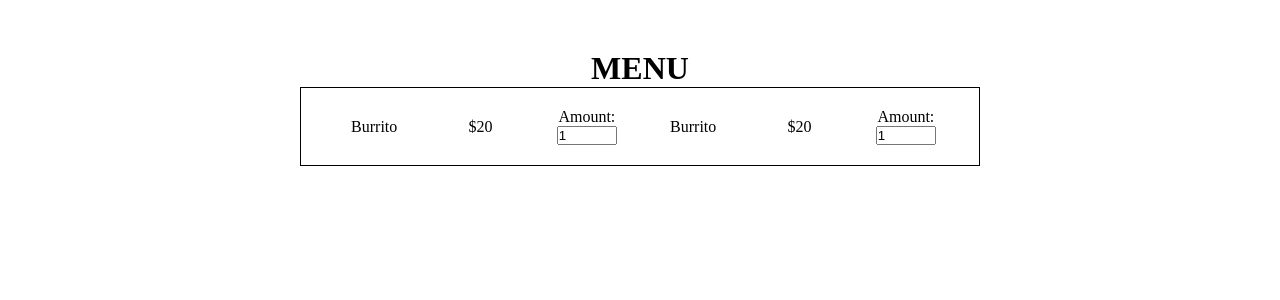
Repository: LamQuocPhu/JungTalent
Page: http://localhost/
The author's editor kept a copy of each file at every save. The page is drawn from the files as they stood at one save, then again after a run of saves.
The browser window is 1280 px wide. The pictures show the whole page.
The page is served by the project's Node server (index.js).

Above is the page before, as saved 2023-10-25 23:03:08.

### views/cart.ejs
<!DOCTYPE html>
<html lang="en">
  <head>
    <meta charset="UTF-8" />
    <meta name="viewport" content="width=device-width, initial-scale=1.0" />
    <title>Document</title>
    <link rel="stylesheet" href="/css/style.css" />
  </head>
  <body>
    <div class="wrapper">
      <h1>MENU</h1>
      <div class="cart-item">
        <div class="item-name">
          <span>Burrito</span>
        </div>
        <div class="item-price">
          <span>$20</span>
        </div>
        <div class="item-amount">
          <span>Amount:</span>
          <input type="number" value="1" min="1" max="100" />
        </div>

        <div class="item-name">
            <span>Burrito</span>
          </div>
          <div class="item-price">
            <span>$20</span>
          </div>
          <div class="item-amount">
            <span>Amount:</span>
            <input type="number" value="1" min="1" max="100" />
          </div>
      </div>
    </div>
  </body>
</html>

### index.js
var express = require('express');
var app = express();
const PORT = process.env.PORT || 3003;
const bodyParser = require("body-parser");
const path = require("path");


app.set("view engine", "ejs");
app.set("views", "./views");
app.use(bodyParser.urlencoded({ extended: true }));
app.use(express.static(path.join(__dirname, 'public')));


app.listen(PORT, () => {
    console.log(`Server start on port ${PORT}`);
})

app.get('/', (req, res) => {
    res.render('cart');
});

### public/css/style.css
* {
  margin: 0;
  padding: 0;
  box-sizing: border-box;
}

.wrapper {
  margin-block: 50px;
  width: 100%;
  height: auto;
  text-align: center;
  padding-inline: 300px;
}

.cart-item {
  border: 1px solid #000;
  display: flex;
  justify-content: center;
  align-items: center;
  width: 100%;
  padding: 20px;
}
.item-name {
  width: 33.33%;
}
.item-price {
  width: 33.33%;
}
.item-amount {
  width: 33.33%;
}

After the next 2 saves:
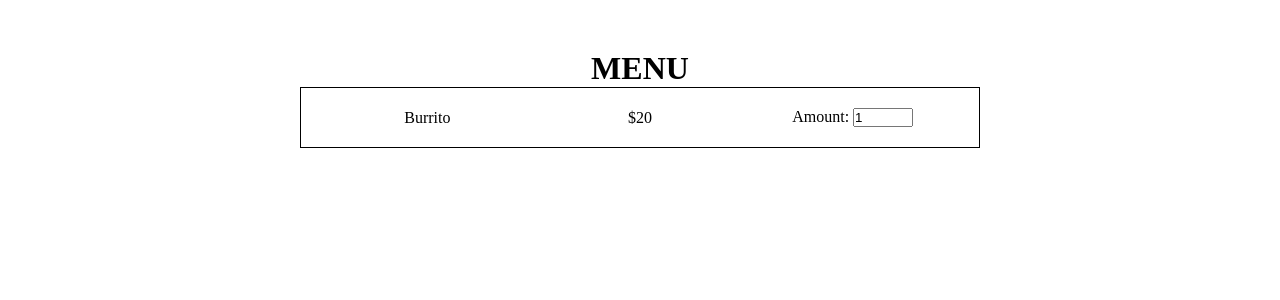
The 2 saves are shown as one change because they came seconds apart.
The last was saved 6 s later.
--- a/views/cart.ejs
+++ b/views/cart.ejs
@@ -21,16 +21,7 @@
           <input type="number" value="1" min="1" max="100" />
         </div>
 
-        <div class="item-name">
-            <span>Burrito</span>
-          </div>
-          <div class="item-price">
-            <span>$20</span>
-          </div>
-          <div class="item-amount">
-            <span>Amount:</span>
-            <input type="number" value="1" min="1" max="100" />
-          </div>
+
       </div>
     </div>
   </body>
